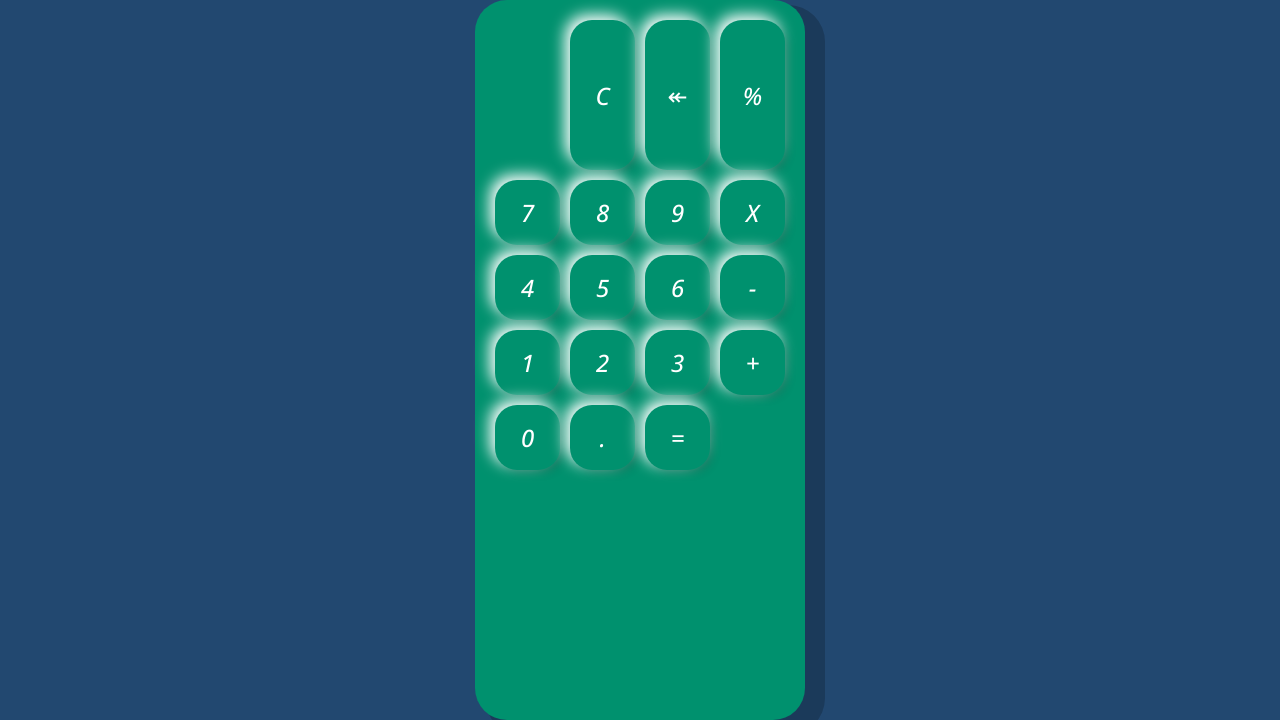
Repository: jhonenmanuel1/javaScript-calculator
Page: src/index.html
The author's editor kept a copy of each file at every save. The page is drawn from the files as they stood at one save, then again after the next save.
The browser window is 1280 px wide. The pictures show the whole page.

Above is the page before, as saved 2022-08-02 23:28:23.

### src/index.html
<!DOCTYPE html>
<html lang="en">
  <head>
    <meta charset="UTF-8" />
    <meta http-equiv="X-UA-Compatible" content="IE=edge" />
    <meta name="viewport" content="width=device-width, initial-scale=1.0" />
    <title>JavaScript Calculator</title>
    <link href="https://fonts.googleapis.com/css2?family=Open+Sans:ital,wght@1,500&display=swap" rel="stylesheet">
    <link href="styles.css" rel="stylesheet"/>
  </head>
  <body>
    <div class="container">
      <div class="calculator">
        <div class="display">
          <div id="last-value"></div>
          <div id="actual-value"></div>
        </div>
        <button class="col-2"> C</button>
        <button>&Larr;</button>
        <button class="number">%</button>
        <button class="number">7</button>
        <button class="number">8</button>
        <button class="number">9</button>
        <button class="operator" >X</button>
        <button class="number">4</button>
        <button class="number">5</button>
        <button class="number">6</button>
        <button class="operator">-</button>
        <button class="number">1</button>
        <button class="number">2</button>
        <button class="number">3</button>
        <button class="operator">+</button>
        <button class=" col-2 number">0</button>
        <button class="number">.</button>
        <button class="operator">=</button>
      </div>
    </div>
  </body>
</html>

### src/styles.css
* {
    font-family: 'Open Sans', sans-serif;
    color: #fff;
}
body{
    margin: 0;
    background-color: #224870;
}
.container{
    display: flex;
    justify-content: center;
    height: 100vh;

}
.calculator{
    display: grid;
    grid-template-columns: repeat(4, 75px);
    grid-template-rows: 160px repeat(5, 75px);
    background-color: #00916e;
    padding: 15px;
    border-radius: 32px;
    box-shadow: 15px  10px 0px 5px #00000033;

}
button{
    cursor: pointer;
    margin: 5px;
    padding: 0;
    border-radius: 22px;
    font-size: 1.5em;
    background-color: #00916e ;
    border: none;
    box-shadow: 5px 5px 10px -3px  #00000033, -5px -5px 15px ;
}

After the next save:
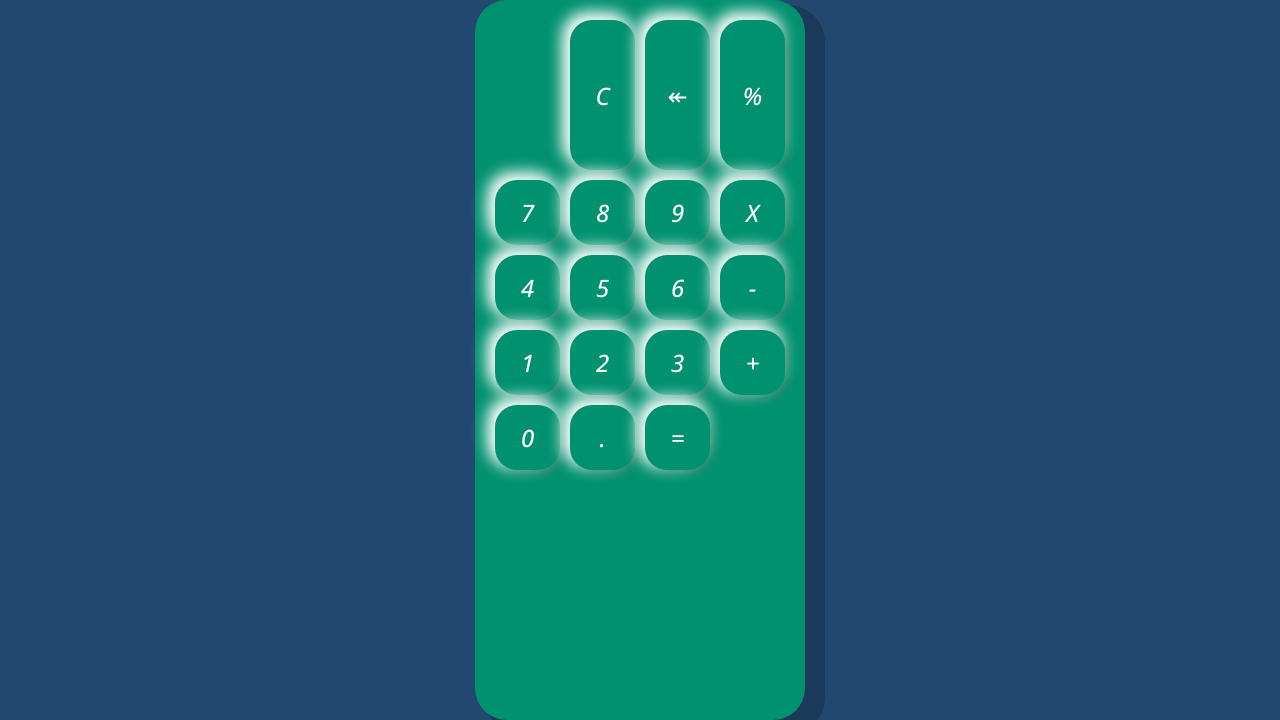
Saved 4 s later.
--- a/src/styles.css
+++ b/src/styles.css
@@ -30,5 +30,5 @@ button{
     font-size: 1.5em;
     background-color: #00916e ;
     border: none;
-    box-shadow: 5px 5px 10px -3px  #00000033, -5px -5px 15px ;
+    box-shadow: 5px 5px 10px -3px  #00000033, -5px -5px 15px 3px ;
 }
